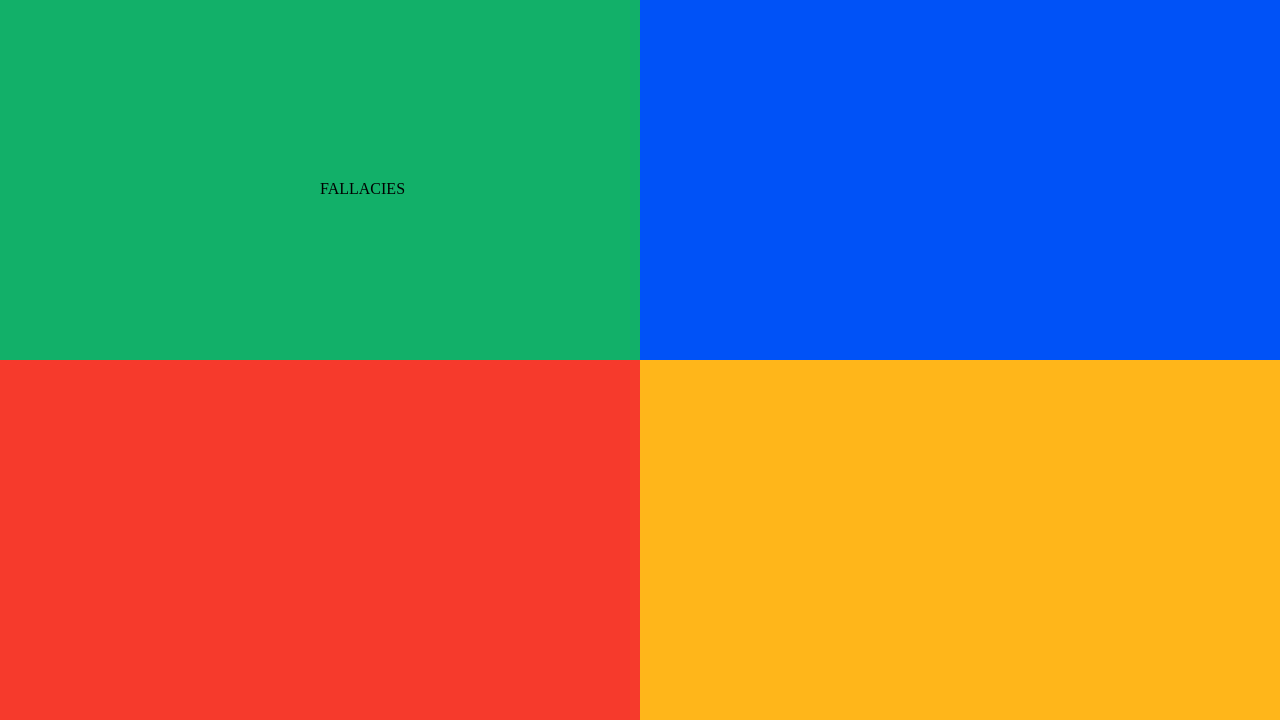
Repository: yafugray/fallacies
Page: project/Midterm project/index.html
An editor plug-in stored every save of this project. The page is shown before and after the next save, followed by the edit.
The browser window is 1280 px wide. The pictures show the whole page.

Above is the page before, as saved 2020-03-12 14:49:36.

After the next save:
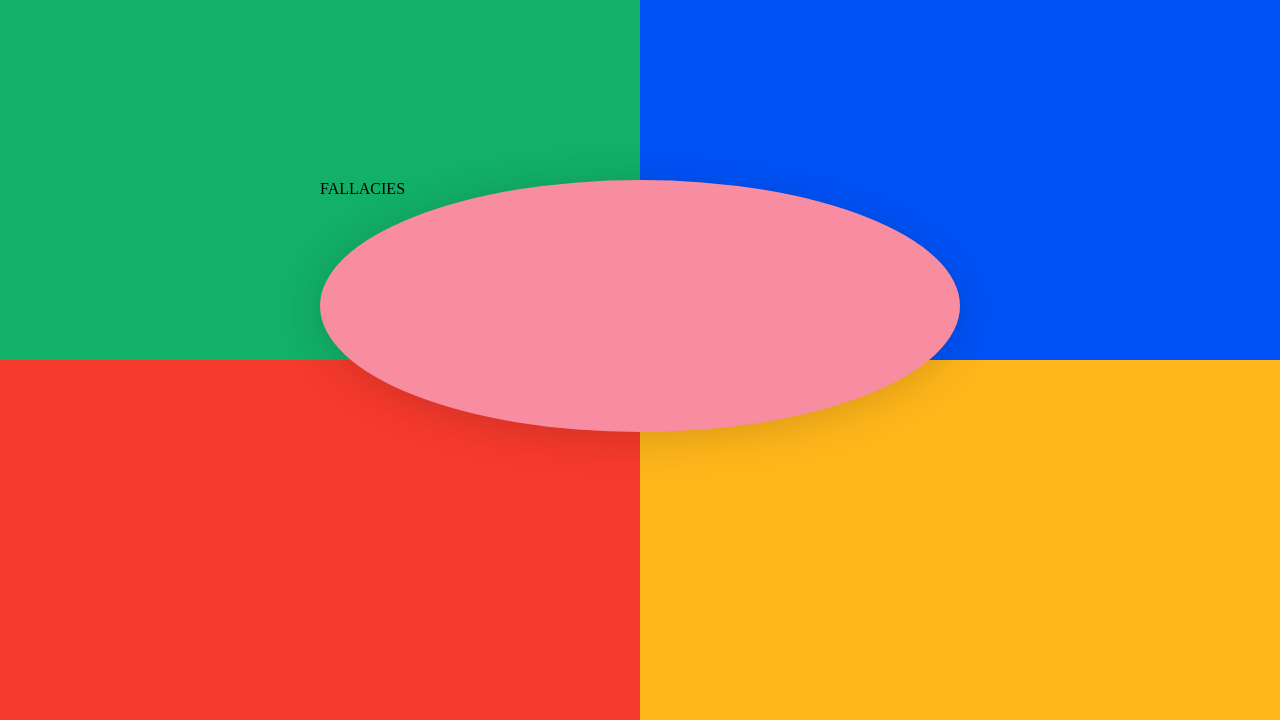
Saved 31 s later.
--- a/project/Midterm project/index.html
+++ b/project/Midterm project/index.html
@@ -14,7 +14,7 @@
         <div id="rec4"></div>
         <div id="group1">
             <svg class="ellipse">
-                <ellipse fill="rgba(248,140,160,1)" id="Ellipse_8">
+                <ellipse fill="rgba(248,140,160,1)" id="Ellipse_8" rx="50%" ry="50%" cx="50%" cy="50%">
                 </ellipse>
             </svg>
             <div id="fallacies">
